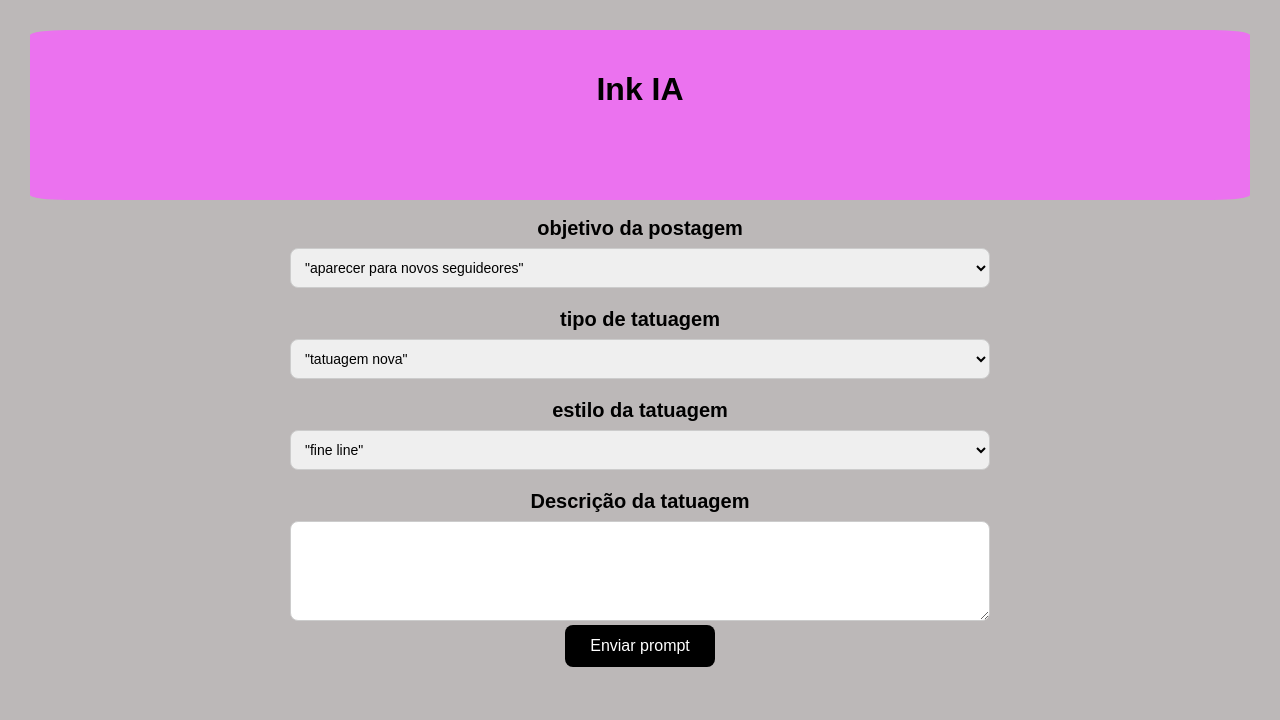
Repository: Ubiratandev/ink_api
Page: ink_IA/ink_ia.html
An editor plug-in stored every save of this project. The page is shown before and after the next save, followed by the edit.
The browser window is 1280 px wide. The pictures show the whole page.

Above is the page before, as saved 2026-03-25 00:21:12.

### ink_IA/ink_ia.html
<!DOCTYPE html>
<html>
<head>
    <link rel="stylesheet" href="styles.css">
    <title>Ink IA</title>
</head>
<header>
    <h1>Ink IA</h1>
</header>
<body>
   <div class="objetivo">
    <h2>objetivo da postagem</h2>
    <select value = "Objetivo da postagem:" id = "objetivo" onchange={changeObjetivo()}>
    <optgroup>
        <option value = "aparecer para novos seguideores"> "aparecer para novos seguideores"</option>
        <option value = "engajar com pessoas que ja viram as suas postagens">"engajar com pessoas que ja viram as suas postagens"</option>
        <option value = "vender para pessoas que ja engajaram com voce">"vender para pessoas que ja engajaram com voce"</option>
    </optgroup>
   </select>
   <script>
    const changeObjetivo =()=>{
   const objetivo = document.getElementById("objetivo").value;
   }
   </script>
   </div>

   <div class="tipo_tatuagem">


    <h2>tipo de tatuagem</h2>
    <select value = "tipo de tatuagem" id ="tipo" onchange={changeTipo()}>
    <optgroup>
        <option value = "tatuagem nova"> "tatuagem nova"</option>
        <option value = "cobertura">"cobertura"</option>
        <option value = "reforma">"reforma"</option>
    </optgroup>
   </select>
   <script>
   const changeTipo =()=>{
    const tipo = document.getElementById("tipo").value;
   }
   </script>
   </div>



   <div class="estilo">


    <h2>estilo da tatuagem</h2>
    <select value = "estilo da tatuagem" id = "estilo" onchange = {changeEstilo()}>
    <optgroup>
        <option value = "fine line"> "fine line"</option>
        <option value = "realismo preto e cinza">"realismo preto e cinza"</option>
        <option value = "realismo colorido">"realismo colorido"</option>
        <option value = "neotradicional">"neotradicional"</option>

    </optgroup>
   </select>
   <script>
    const changeEstilo = ()=>{
        const estilo = document.getElementById("estilo").value;
    }
   </script>
   </div>

<div>
  <h2>Descrição da tatuagem</h2>

  <textarea id="descricao"></textarea>


  <script>
    let desc = "";

    const descricao = document.getElementById("descricao");

    descricao.addEventListener("input", () => {
      desc = descricao.value;

    });
  </script>
</div>

<script>
    function abrirModal(texto) {
  document.getElementById("conteudoResposta").innerText = texto;
  document.getElementById("modal").style.display = "block";
}

function fecharModal() {
  document.getElementById("modal").style.display = "none";
}
</script>

    <div id="modal" style="display:none; position:fixed; top:0; left:0; width:100%; height:100%; background:rgba(0,0,0,0.6);">

  <div style="background:white; padding:20px; margin:10% auto; width:60%; border-radius:10px;">

    <button onclick="fecharModal()">X</button>

    <h3>Resultado</h3>
    <p id="conteudoResposta"></p>

  </div>

</div>


   <div>
<button onclick="enviarPrompt()">Enviar prompt</button>
   <script>
    const enviarPrompt =()=>{
        let prompt = `Você é um especialista em marketing para tatuadores.

Crie uma legenda para Instagram com base EXCLUSIVAMENTE nas informações abaixo:

Descrição: ${desc}
Tipo: ${tipo}
Estilo: ${estilo}
Objetivo: ${objetivo}

REGRAS IMPORTANTES:
- NÃO invente elementos que não estão na descrição
- NÃO substitua palavras por sinônimos (ex: borboleta ≠ mariposa)
- Use exatamente os conceitos fornecidos
- Seja fiel à descrição
- Não adicione nada que não seja referente a postagem, nem comentarios nem observações

A legenda deve:
- Ser envolvente e natural
- Conversar com o público de tatuagem
- Incluir um CTA sutil

Inclua também:
- 10 hashtags relevantes BASEADAS SOMENTE na descrição

Formato:

Legenda:
CTA:
Hashtags:`
enviar(prompt)
    }
   </script>
   </div>

   <script>
    async function enviar(prompt) {

  const response = await fetch("http://localhost:5000/gerar", {
    method: "POST",
    headers: {
      "Content-Type": "application/json"
    },
    body: JSON.stringify({
      prompt: prompt
    })
  });

  const data = await response.json();
abrirModal(data.resposta);
  console.log(data.resposta);

}
   </script>
</body>
</html>

### ink_IA/styles.css
/* RESET básico */
header {
  margin: auto;
  padding-top:20px;
  height:150px;
  font-family: Arial, sans-serif;
  background: #eb72ef;
  justify-content:center;
  align-items:center;
  text-align:center;
  border-radius:3%;



}

body {
  margin: 0;
  padding: 15px;
  font-family: Arial, sans-serif;
  background: #bcb8b8;
  justify-content:center;
  align-items:center;
  text-align:center;


}

/* títulos */
h2 {
  font-size: 18px;
  margin-bottom: 8px;
}

/* containers */
.objetivo,
.tipo_tatuagem,
.estilo,
div {
  margin-bottom: 20px;
}

/* inputs */
select,
textarea {
  width: 100%;
  padding: 10px;
  border-radius: 8px;
  border: 1px solid #ccc;
  font-size: 14px;
  box-sizing: border-box;
}

/* textarea */
textarea {
  min-height: 100px;
  resize: vertical;
}

/* botão */
button {
  width: 100%;
  padding: 12px;
  background: black;
  color: white;
  border: none;
  border-radius: 8px;
  font-size: 16px;
  cursor: pointer;
  margin:auto;
}

button:hover {
  background: #333;
}

/* MODAL */
#modal {
  display: none;
  position: fixed;
  top: 0;
  left: 0;
  width: 100%;
  height: 100%;
  background: rgba(0,0,0,0.6);
}

#modal .box {
  background: white;
  padding: 20px;
  margin: 20% auto;
  width: 90%;
  border-radius: 10px;
  max-height: 70vh;
  overflow-y: auto;
}

/* texto do modal */
#conteudoResposta {
  white-space: pre-line;
  font-size: 14px;
  line-height: 1.5;
}

/* botão fechar */
#modal button {
  width: auto;
  background: red;
  margin-bottom: 10px;
}



@media (min-width: 768px) {

  body {
    padding: 30px;
  }

  /* centraliza layout */
  body > div {
    max-width: 700px;
    margin: auto;
  }

  button {
    width: auto;
    padding: 12px 25px;
  }

  #modal .box {
    width: 60%;
    margin: 10% auto;
  }

  h2 {
    font-size: 20px;
  }
}

After the next save:
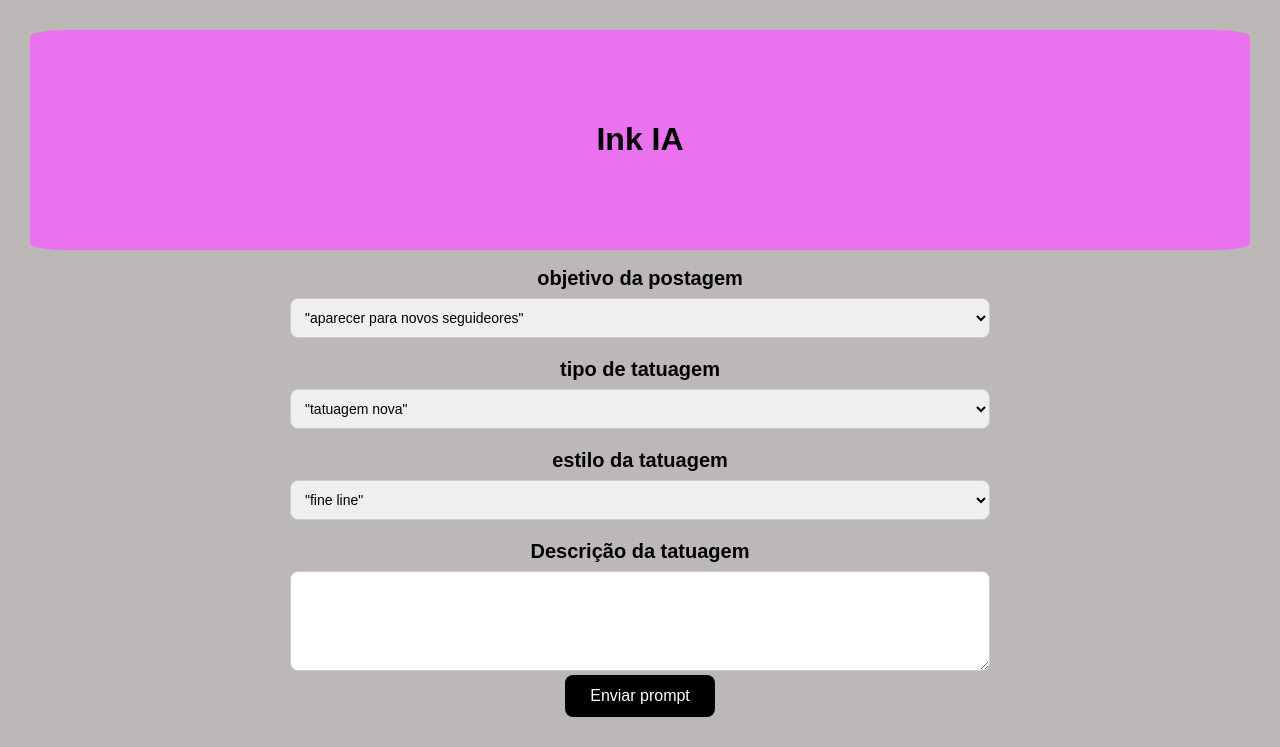
Saved 9 s later.
--- a/ink_IA/styles.css
+++ b/ink_IA/styles.css
@@ -1,7 +1,7 @@
 /* RESET básico */
 header {
   margin: auto;
-  padding-top:20px;
+  padding-top:70px;
   height:150px;
   font-family: Arial, sans-serif;
   background: #eb72ef;
